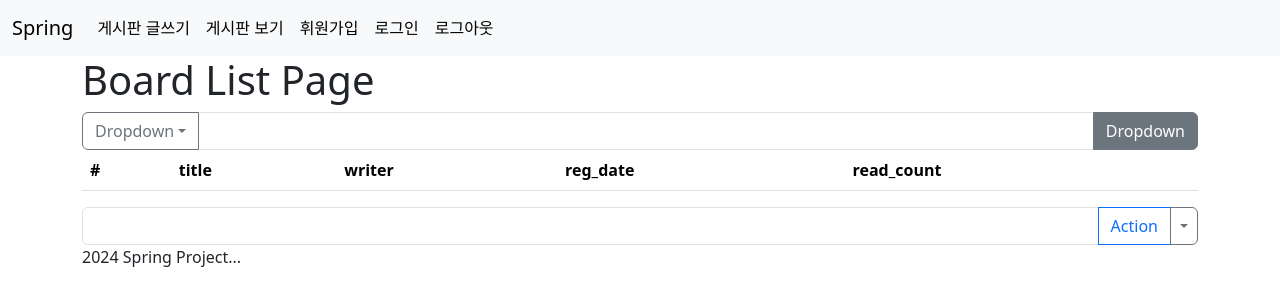
Repository: dlfhrrl12/springtest
Page: http://localhost/spring_study/WEB-INF/views/board/list.jsp
These files come from the project's save history. The page is drawn as it stood at one moment and after the next save; the edit follows.
The browser window is 1280 px wide. The pictures show the whole page.
The page is served by Tomcat 9. Nobody is signed in. The template is opened directly, without the code that normally fills it, so the values that code supplies are empty.

Above is the page before, as saved 2024-04-24 08:44:06.

### spring_study/src/main/webapp/WEB-INF/views/board/list.jsp
<%@ page language="java" contentType="text/html; charset=UTF-8"
    pageEncoding="UTF-8"%>
	<%@ taglib uri="http://java.sun.com/jsp/jstl/core"  prefix="c"%>

	<jsp:include page="../layout/header.jsp"/>

<div class="container-md">
	<h1>Board List Page</h1>
	<form action="">
		<div class="input-group">
  <button class="btn btn-outline-secondary dropdown-toggle" type="button" data-bs-toggle="dropdown" aria-expanded="false">Dropdown</button>
  <ul class="dropdown-menu">
    <li><a class="dropdown-item" href="#">Action before</a></li>
    <li><a class="dropdown-item" href="#">Another action before</a></li>
    <li><a class="dropdown-item" href="#">Something else here</a></li>
    <li><hr class="dropdown-divider"></li>
    <li><a class="dropdown-item" href="#">Separated link</a></li>
  </ul>
  <input type="text" class="form-control" aria-label="Text input with 2 dropdown buttons">
  <button class="btn btn-secondary" type="button" >Dropdown</button>

</div>
	</form>

	<table class="table table-striped">
		<thead>
			<tr>
				<th>#</th>
				<th>title</th>
				<th>writer</th>
				<th>reg_date</th>
				<th>read_count</th>
			</tr>
		</thead>
		<tbody>
			<c:forEach items="${list }" var="bvo">
			<tr>
				<th>${bvo.bno }</th>
				<th><a href="/board/detail?bno=${bvo.bno }">${bvo.title }</a></th>
				<th>${bvo.writer }</th>
				<th>${bvo.reg_date }</th>
				<th>${bvo.read_count }</th>
			</tr>
			</c:forEach>
		</tbody>
	</table>
	<div class="input-group">
	  <input type="text" class="form-control" aria-label="Text input with segmented dropdown button">
	  <button type="button" class="btn btn-outline-primary">Action</button>
	  <button type="button" class="btn btn-outline-secondary dropdown-toggle dropdown-toggle-split" data-bs-toggle="dropdown" aria-expanded="false">
	    <span class="visually-hidden">Toggle Dropdown</span>
	  </button>
	  <ul class="dropdown-menu dropdown-menu-end">
	    <li><a class="dropdown-item" href="#">Action</a></li>
	    <li><a class="dropdown-item" href="#">Another action</a></li>
	    <li><a class="dropdown-item" href="#">Something else here</a></li>
	    <li><hr class="dropdown-divider"></li>
	    <li><a class="dropdown-item" href="#">Separated link</a></li>
	  </ul>
	</div>

</div>



	<jsp:include page="../layout/footer.jsp" />

### spring_study/src/main/webapp/WEB-INF/views/layout/header.jsp
<%@ page language="java" contentType="text/html; charset=UTF-8"
    pageEncoding="UTF-8"%>
<!DOCTYPE html>
<html>
<head>
<meta charset="UTF-8">
<title>header.jsp</title>
<link href="https://cdn.jsdelivr.net/npm/bootstrap@5.3.3/dist/css/bootstrap.min.css" rel="stylesheet" integrity="sha384-QWTKZyjpPEjISv5WaRU9OFeRpok6YctnYmDr5pNlyT2bRjXh0JMhjY6hW+ALEwIH" crossorigin="anonymous">
<script src="https://cdn.jsdelivr.net/npm/bootstrap@5.3.3/dist/js/bootstrap.bundle.min.js" integrity="sha384-YvpcrYf0tY3lHB60NNkmXc5s9fDVZLESaAA55NDzOxhy9GkcIdslK1eN7N6jIeHz" crossorigin="anonymous"></script>
</head>
<body>
<nav class="navbar navbar-expand-lg bg-body-tertiary">
  <div class="container-fluid">
    <a class="navbar-brand" href="#">Spring</a>
    <button class="navbar-toggler" type="button" data-bs-toggle="collapse" data-bs-target="#navbarSupportedContent" aria-controls="navbarSupportedContent" aria-expanded="false" aria-label="Toggle navigation">
      <span class="navbar-toggler-icon"></span>
    </button>
    <div class="collapse navbar-collapse" id="navbarSupportedContent">
      <ul class="navbar-nav me-auto mb-2 mb-lg-0">
        <li class="nav-item">
          <a class="nav-link active"  href="/board/register">게시판 글쓰기</a>
        </li>
        <li class="nav-item">
          <a class="nav-link active"  href="/board/list">게시판 보기</a>
        </li>
        <li class="nav-item">
          <a class="nav-link active"  href="#">휘원가입</a>
        </li>
        <li class="nav-item">
          <a class="nav-link active"  href="#">로그인</a>
        </li>
        <li class="nav-item">
          <a class="nav-link active"  href="#">로그아웃</a>
        </li>
    </div>
  </div>
</nav>

### spring_study/src/main/webapp/WEB-INF/views/layout/footer.jsp
<%@ page language="java" contentType="text/html; charset=UTF-8"
    pageEncoding="UTF-8"%>



<div class="container-md">
	2024 Spring Project...
</div>

</body>
</html>

After the next save:
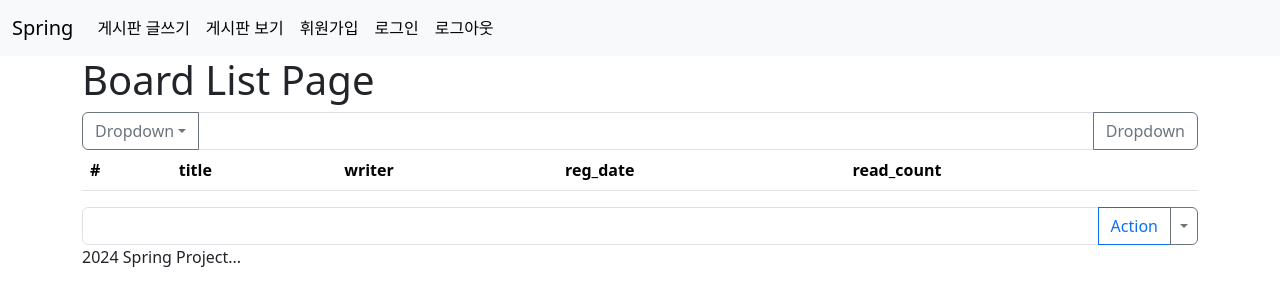
Saved 40 s later.
--- a/spring_study/src/main/webapp/WEB-INF/views/board/list.jsp
+++ b/spring_study/src/main/webapp/WEB-INF/views/board/list.jsp
@@ -17,7 +17,7 @@
     <li><a class="dropdown-item" href="#">Separated link</a></li>
   </ul>
   <input type="text" class="form-control" aria-label="Text input with 2 dropdown buttons">
-  <button class="btn btn-secondary" type="button" >Dropdown</button>
+  <button class="btn btn-outline-secondary" type="button" >Dropdown</button>
 
 </div>
 	</form>
